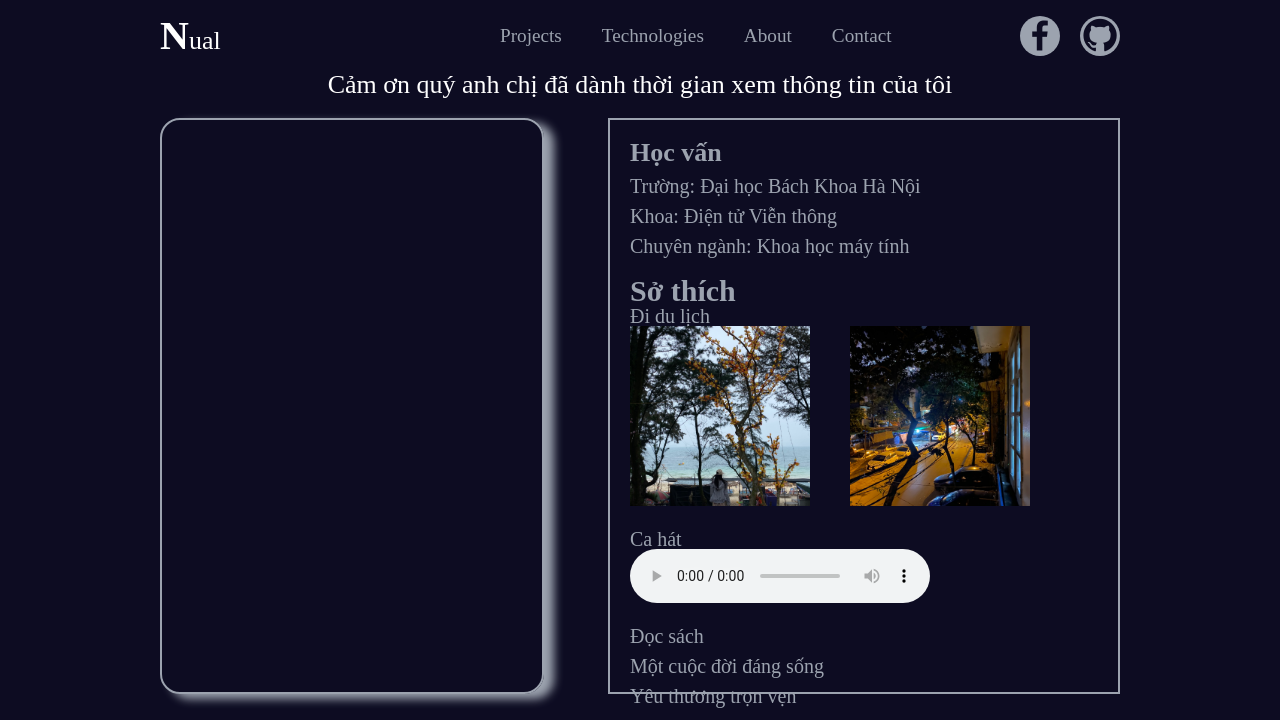
Repository: luanhoang0902/profile-react
Page: /
The author's editor kept a copy of each file at every save. The page is drawn from the files as they stood at one save, then again after the next save.
The browser window is 1280 px wide. The pictures show the whole page.
The pointer rests on the first visible `.home-image img`.
The project was rebuilt for these pictures with package versions that can differ from the ones it lists, and the page was loaded fresh each time. Also part of the build but not shown: src/css/Projects.css, src/features/Projects.jsx, src/css/Technologies.css, src/features/Technologies.jsx, src/css/About.css, src/features/About.jsx, src/css/Contact.css, src/features/Contact.jsx.

Above is the page before, as saved 2022-05-22 20:04:05.

### public/index.html
<!DOCTYPE html>
<html lang="en">
  <head>
    <meta charset="utf-8" />
    <link rel="icon" href="%PUBLIC_URL%/favicon.ico" />
    <meta name="viewport" content="width=device-width, initial-scale=1" />
    <meta name="theme-color" content="#000000" />
    <meta
      name="description"
      content="Web site created using create-react-app"
    />
    <link rel="apple-touch-icon" href="%PUBLIC_URL%/logo192.png" />
    <!--
      manifest.json provides metadata used when your web app is installed on a
      user's mobile device or desktop. See https://developers.google.com/web/fundamentals/web-app-manifest/
    -->
    <link rel="manifest" href="%PUBLIC_URL%/manifest.json" />
    <!--
      Notice the use of %PUBLIC_URL% in the tags above.
      It will be replaced with the URL of the `public` folder during the build.
      Only files inside the `public` folder can be referenced from the HTML.

      Unlike "/favicon.ico" or "favicon.ico", "%PUBLIC_URL%/favicon.ico" will
      work correctly both with client-side routing and a non-root public URL.
      Learn how to configure a non-root public URL by running `npm run build`.
    -->
    <link rel="stylesheet"
    href="https://cdn.jsdelivr.net/npm/boxicons@latest/css/boxicons.min.css">
    <!-- or -->
    <link rel="stylesheet"
    href="https://unpkg.com/boxicons@latest/css/boxicons.min.css">
    <title>React App</title>
  </head>
  <body>
    <noscript>You need to enable JavaScript to run this app.</noscript>
    <div id="root"></div>
    <!--
      This HTML file is a template.
      If you open it directly in the browser, you will see an empty page.

      You can add webfonts, meta tags, or analytics to this file.
      The build step will place the bundled scripts into the <body> tag.

      To begin the development, run `npm start` or `yarn start`.
      To create a production bundle, use `npm run build` or `yarn build`.
    -->
  </body>
</html>

### src/App.js
import './App.css';
import Intro from './components/Intro';
import Header from './components/Header'
import { Route, Routes } from 'react-router-dom';
import Projects from './features/Projects';
import Technologies from './features/Technologies';
import About from './features/About';
import Contact from './features/Contact';
import Home from './components/Home';

function App() {
  return (
    <div className="App" style = {{background: '#0d0c22', color: '#fff',overflow: 'hidden'}}>
      {/* <Intro/> */}
      <Header/>
      <Routes>
        <Route path = '/' element = {<Intro/>} exact />
        <Route path = '/Projects' element = {<Projects/>} exact />
        <Route path = '/Technologies' element = {<Technologies/>} exact />
        <Route path = '/About' element = {<About/>} exact />
        <Route path = '/Contact' element = {<Contact/>} exact />
      </Routes>
      <Home/>
    </div>
  );
}

export default App;

### src/App.css
/* http://meyerweb.com/eric/tools/css/reset/
   v2.0 | 20110126
   License: none (public domain)
*/
* {
	box-sizing: border-box;
}

html, body, div, span, applet, object, iframe,
h1, h2, h3, h4, h5, h6, p, blockquote, pre,
a, abbr, acronym, address, big, cite, code,
del, dfn, em, img, ins, kbd, q, s, samp,
small, strike, strong, sub, sup, tt, var,
b, u, i, center,
dl, dt, dd, ol, ul, li,
fieldset, form, label, legend,
table, caption, tbody, tfoot, thead, tr, th, td,
article, aside, canvas, details, embed,
figure, figcaption, footer, header, hgroup,
menu, nav, output, ruby, section, summary,
time, mark, audio, video {
	margin: 0;
	padding: 0;
	border: 0;
	font-size: 100%;
	font: inherit;
	vertical-align: baseline;
}
/* HTML5 display-role reset for older browsers */
article, aside, details, figcaption, figure,
footer, header, hgroup, menu, nav, section {
	display: block;
}
body {
	line-height: 1;
}
ul {
	list-style: none;
}
blockquote, q {
	quotes: none;
}
blockquote:before, blockquote:after,
q:before, q:after {
	content: '';
	content: none;
}
table {
	border-collapse: collapse;
	border-spacing: 0;
}

### src/components/Intro.jsx
import React, { useEffect, useRef } from 'react';
import PropTypes from 'prop-types';

import "../css/Intro.css"

Intro.propTypes = {

};

function Intro(props) {

    const intro = useRef()

    useEffect(() => {
        console.log(intro.current)
        setTimeout(() => {
            intro.current.classList.add('up')
        },4000)
    },[])

    return (
        <div className="intro" ref = {intro}>
            <span className="text-1">
                <div></div>
            </span>
            <span className="text-2">P</span>
            <span className="text-3">E</span>
            <span className="text-4">N</span>
        </div>
    );
}

export default Intro;

### src/components/Header.jsx
import React, { useEffect, useRef } from "react";
import PropTypes from "prop-types";

import "../css/Header.css";
import { Link } from "react-router-dom";

Header.propTypes = {};

function Header(props) {
  const varHeader = useRef();

  useEffect(() => {
    window.addEventListener("scroll", (event) => {
      let scrollY = window.scrollY;
      scrollY > 180
        ? varHeader.current.classList.add("abc")
        : varHeader.current.classList.remove("abc");
    });
  }, []);

  return (
    <div className="header" ref={varHeader}>
      <div className="header__content">
        <div className="header__one"><Link to="/" style = {{textDecoration: "none", color:'var(--white)'}}>Nual</Link></div>
        <div className="header__two">
          <div>
            <Link to="/Projects" style = {{textDecoration: "none", color: 'var(--gray)'}}>Projects</Link>
          </div>
          <div>
            <Link to="/Technologies" style = {{textDecoration: "none", color: 'var(--gray)'}}>Technologies</Link>
          </div>
          <div>
            <Link to="/About" style = {{textDecoration: "none", color: 'var(--gray)'}}>About</Link>
          </div>
          <div>
            <Link to="/Contact" style = {{textDecoration: "none", color: 'var(--gray)'}}>Contact</Link>
          </div>
        </div>
        <div className="header__three">
          <a href="https://www.facebook.com/profile.php?id=100029577947626">
            <i class="bx bxl-facebook"></i>
          </a>
          <a href = 'https://github.com/luanhoang0902 '>
            <i class="bx bxl-github"></i>
          </a>
        </div>
      </div>
    </div>
  );
}

export default Header;

### src/components/Home.jsx
import React from 'react';
import PropTypes from 'prop-types';

import "../css/Home.css"

Home.propTypes = {

};

function Home(props) {
    return (
        <div className="home">
            <span style={{fontSize: 26}}>Cảm ơn quý anh chị đã dành thời gian xem thông tin của tôi</span>
            <div className="home-content">
            <div className="home-image">
            <img src = './avatar.jpg'/>
            <div className="ok"></div>
            </div>
            <div className="home-infomation">
                <div className="home-infomation__Education">
                    <span>Học vấn</span>
                    <p>Trường: Đại học Bách Khoa Hà Nội</p>
                    <p>Khoa: Điện tử Viễn thông</p>
                    <p>Chuyên ngành: Khoa học máy tính</p>
                </div>
                <div className="home-infomation__favorite">
                <span style={{fontSize: 30}}>Sở thích</span>
                <div>
                <b>Đi du lịch</b><br/>
                <img src = './coto.png'/>
                <img src = './hanoi.png'/>
                </div>
                <div>
                <b>Ca hát</b><br/>
                <audio src = './autotool.m4a' controls></audio>
                </div>
                <div>
                <b>Đọc sách</b>
                <p>Một cuộc đời đáng sống</p>
                <p>Yêu thương trọn vẹn</p>
                </div>
                </div>
                <div className="home-infomation__dream"></div>

            </div>
            </div>
        </div>
    );
}

export default Home;

### src/css/Intro.css
@import url(./variable.css);

.intro {
    position: fixed;

    height: 100vh;
    width: 100vw;
    background-color: var(--black);

    color: var(--white);
    text-align: center;
    line-height: 100vh;

    font-size: 60px;
    font-weight: 600;
    transition: all 2s ease-out;
    z-index: 100;
}
.up {
    transform: translateY(-100%);
    opacity: 0;
}
.intro  span {
    display: inline-block;
}
.text-1 {
    display: inline-block;

    height: 50px;
    width: 50px;
    background-color: white;

    border: 5px solid var(--white);
    border-radius: 50%;

    animation: up 2s  infinite linear;
}
.text-2 {
    animation: up 2s  infinite linear 0.25s;
}
.text-3 {
    animation: up 2s  infinite linear 0.5s;
}
.text-4 {
    animation: up 2s  infinite linear 0.75s;
}
.text-1 div {
    height: 30px;
    width: 30px;
    background-color: white;

    border: 10px solid var(--black);
    border-right: transparent solid 10px;
    border-radius: 50%;

    animation: xoay 5s  infinite linear;
}
/* .in {
    height: 20px;
    width: 20px;
    background-color: white;

    border-right: 10px solid var(--black);
    border-radius: 50%;
} */

@keyframes xoay {
    from {
        transform: rotate(0);
    }
    to{
        transform: rotate(360deg);
    }
}

@keyframes up {
    0% {
        transform: translateY(0px);
    }
    50% {
        transform: translateY(-20px);
    }
    100% {
        transform: translateY(0px);
    }
}

@keyframes non1 {
    to{
        transform: translateY(-100%);
    }
}

### src/css/Header.css
@import url(./variable.css);

.header {
    position: fixed;

    height: 10vh;
    width: 100vw;

}
.abc {
    background-color: var(--black)
}
.header__content {
    display: flex;

    height: 100%;
    width: 75vw;

    margin: 0 auto;
}
.header__content div {
    height: 100%;
    width: 25vw;

    line-height: 10vh;
}
.header__one {
    font-size: 26px;
}
.header__one::first-letter {
    font-size: 40px;
    font-weight: 600;
}
.header__two {
    display: flex;
}
.header__two div {
    color: var(--gray);
    font-size: 1.2rem;

    transition: all 0.5s ease;
    margin: 0 20px;
}
.header__two div:hover {
    color: var(--white);
    transform: scale(1.2);
    cursor: pointer;
}
.header__three div:hover {
    background-color: var(--white);
    transform: scale(1.2);
    cursor: pointer;
}
.header__three {
    display: flex;
    align-items: center;
    justify-content: flex-end;
}
.header__three a {
    height: 40px;
    width: 40px;
    background-color: var(--gray);

    border-radius: 50%;
    margin-left: 20px ;

    color: var(--black);
    font-size: 40px;
    text-align: center;
    line-height:40px;

}

### src/css/Home.css
.home {
    height: 100vh;
    width: 75vw;


    margin: 0 auto;
    padding-top: 10vh;
    text-align: center;
}
.home-content {
    display: flex;
    justify-content: space-between;

    margin-top: 20px;
}
.home-image{
    position: relative;
    height: 80vh;
    width: 30vw;

    border-radius: 20px;
    border: 2px solid var(--gray);
    box-shadow: 10px 5px 10px var(--gray);

}
.home-image img {
    height: 100%;
    width: 100%;

    border-radius: 20px;
    object-fit: cover;
    transition: all 0.5s ease-in-out;
}
.ok{
    position: absolute;
    top: 0;
    left: 0;
    content: "ádasds";
    height: 80vh;
    width: 30vw;
    background-color: red;
    transform: rotateY(90deg);
}
.home-image img:hover{
    transform: rotateY(90deg);
}
.home-image img:hover + .home-image::before {
    transform: rotateY(0deg);
}
.home-infomation {
    height: 80vh;
    width: 40vw;

    border: 2px solid var(--gray);

    color: var(--gray);
    font-size: 20px;
    text-align: left;
    padding: 20px;

}
.home-infomation span {
    font-size: 26px;
    font-weight: 600;
}
.home-infomation p {
    padding-top: 10px;
}
.home-infomation b {

}
.home-infomation div {
    margin-bottom: 20px;
}
.home-infomation__favorite img {
    height:180px;
    width:180px;

    object-fit: cover;
    margin-right: 40px;
}

### src/css/variable.css
:root {
    --black: #0d0c22;
    --white: white;
    --gray: #9ca3af;
}

Loaded but not shown: src/index.js (common file); public/manifest.json (common file)

After the next save:
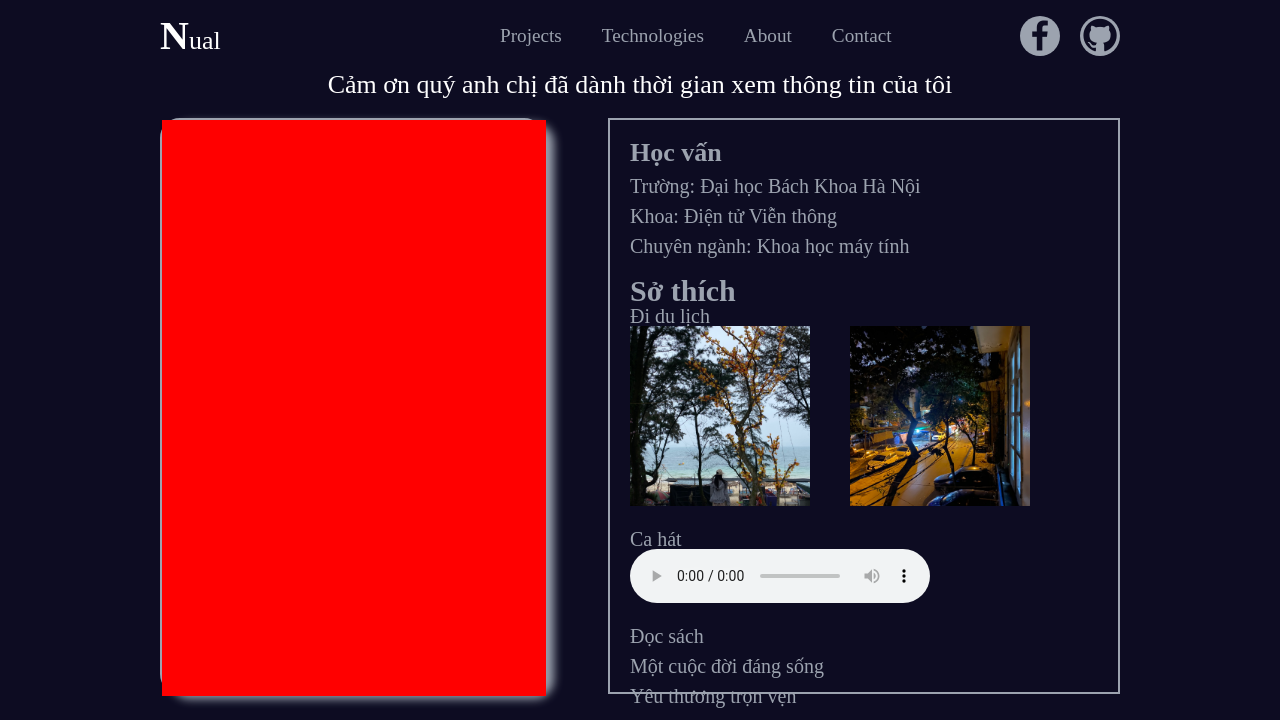
Saved 6 s later.
--- a/src/css/Home.css
+++ b/src/css/Home.css
@@ -44,7 +44,7 @@
 .home-image img:hover{
     transform: rotateY(90deg);
 }
-.home-image img:hover + .home-image::before {
+.home-image img:hover + .ok {
     transform: rotateY(0deg);
 }
 .home-infomation {
